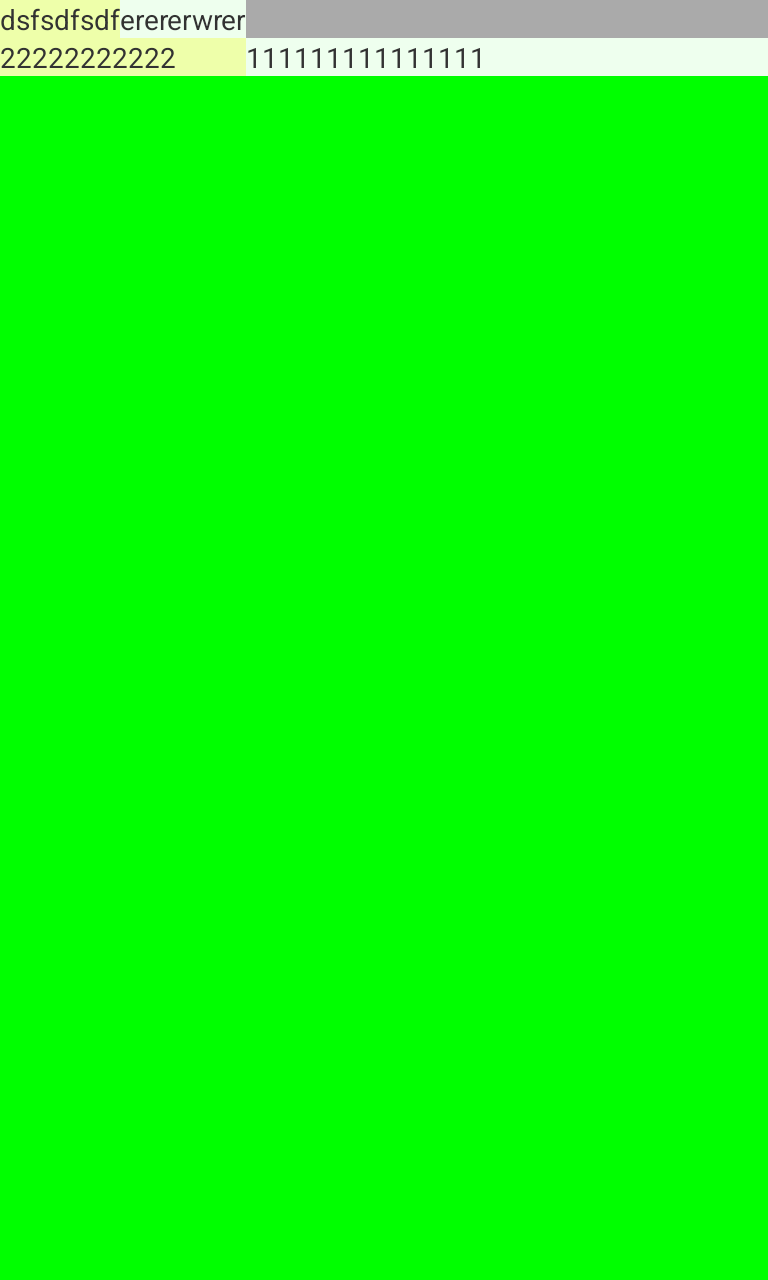
Repository: founderzhl/MarsAndroid
Layout: S01_E12_Weight/res/layout/activity_main.xml
An editor plug-in stored every save of this project. The layout is shown before and after the next save, followed by the edit.
It is drawn on a 768 x 1280 px phone screen (xhdpi) without system bars, with theme AppTheme; the app's code is not run.

Above is the layout before, as saved 2015-01-15 16:13:10.

### S01_E12_Weight/res/layout/activity_main.xml
<LinearLayout xmlns:android="http://schemas.android.com/apk/res/android"
    xmlns:tools="http://schemas.android.com/tools"
    android:layout_width="match_parent"
    android:layout_height="match_parent"
    android:background="#00ff00"
    android:orientation="vertical"
    tools:context="com.example.s01_e12_weight.MainActivity" >

    <LinearLayout
        android:layout_width="match_parent"
        android:layout_height="wrap_content"
        android:background="#aaaaaa"
         >

        <TextView
            android:layout_width="wrap_content"
            android:layout_height="wrap_content"
            android:background="#eeffaa"
            android:text="dsfsdfsdf" />

        <TextView
            android:layout_width="wrap_content"
            android:layout_height="wrap_content"
            android:background="#eeffee"
            android:text="erererwrer" />

    </LinearLayout>



    <LinearLayout
        android:layout_width="match_parent"
        android:layout_height="wrap_content"
        android:background="#bbbbbb"
        >
        <TextView
            android:layout_width="wrap_content"
            android:layout_height="wrap_content"
            android:layout_weight="1"
            android:background="#eeffaa"
            android:text="22222222222" />

        <TextView
            android:layout_width="wrap_content"
            android:layout_height="wrap_content"
            android:layout_weight="4"
            android:background="#eeffee"
            android:text="111111111111111" />

    </LinearLayout>

</LinearLayout>

Loaded but not shown: S01_E12_Weight/res/values/styles.xml (common file); S01_E12_Weight/res/values-v11/styles.xml (common file); S01_E12_Weight/res/values-v14/styles.xml (common file)

After the next save:
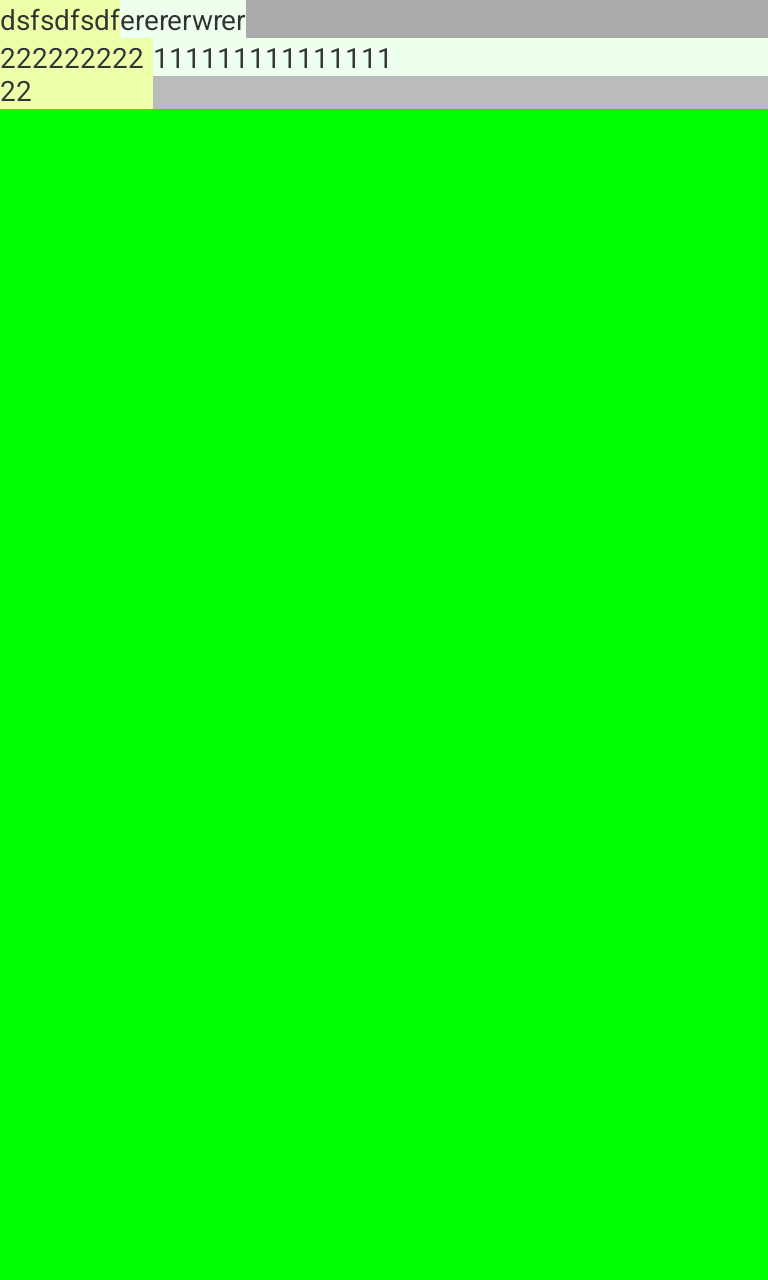
Saved 47 s later.
--- a/S01_E12_Weight/res/layout/activity_main.xml
+++ b/S01_E12_Weight/res/layout/activity_main.xml
@@ -34,14 +34,14 @@
         android:background="#bbbbbb"
         >
         <TextView
-            android:layout_width="wrap_content"
+            android:layout_width="0dp"
             android:layout_height="wrap_content"
             android:layout_weight="1"
             android:background="#eeffaa"
             android:text="22222222222" />
 
         <TextView
-            android:layout_width="wrap_content"
+            android:layout_width="0dp"
             android:layout_height="wrap_content"
             android:layout_weight="4"
             android:background="#eeffee"
